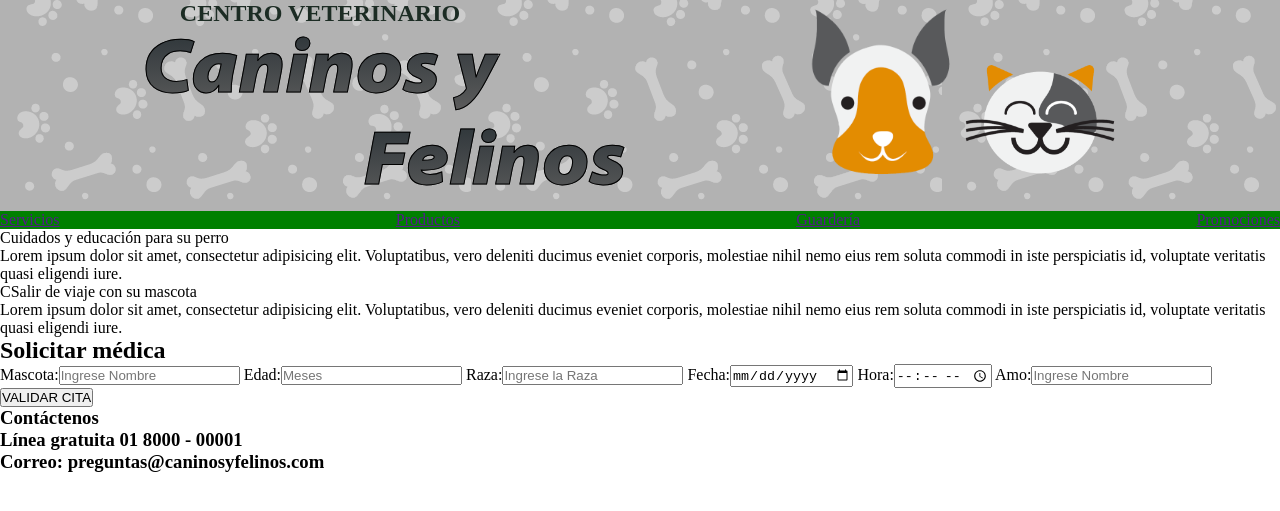
Repository: mariomr87/senaweb01
Page: principal.html
The author's editor kept a copy of each file at every save. The page is drawn from the files as they stood at one save, then again after the next save.
The browser window is 1280 px wide. The pictures show the whole page.

Above is the page before, as saved 2021-10-23 07:57:52.

### principal.html
<!DOCTYPE html>
<html lang="en">
<head>
    <meta charset="UTF-8">
    <meta http-equiv="X-UA-Compatible" content="IE=edge">
    <meta name="viewport" content="width=device-width, initial-scale=1.0">
    <link rel="stylesheet" href="estilos.css">
    <title>Document</title>
</head>
<body>
    <div>
        <header>
            <div id="cabecera">
                <div class="header-text">
                    <h3>CENTRO VETERINARIO</h3>
                    <h1><span id="header-text-degrad">Caninos y <br><span id="text-felinos">Felinos</span></spa></h1>
                </div>
                <div class="header-img">
                    <img src="./imagenes/dog_white.png" alt="">
                    <img src="./imagenes/cat_white.png" alt="">
                </div>
            </div>
        </header>
        <nav>
            <td>
                <tr><a href="">Servicios</a></tr>
                <tr><a href="">Productos</a></tr>
                <tr><a href="">Guardería</a></tr>
                <tr><a href="">Promociones</a></tr>
            </td>
        </nav>
        <section>
            <article>
                <p>Cuidados y educación para su perro</p>
                <p>Lorem ipsum dolor sit amet, consectetur adipisicing elit. Voluptatibus, vero deleniti ducimus eveniet corporis, molestiae nihil nemo eius rem soluta commodi in iste perspiciatis id, voluptate veritatis quasi eligendi iure.</p>
            </article>
            <article>
                <p>CSalir de viaje con su mascota</p>
                <p>Lorem ipsum dolor sit amet, consectetur adipisicing elit. Voluptatibus, vero deleniti ducimus eveniet corporis, molestiae nihil nemo eius rem soluta commodi in iste perspiciatis id, voluptate veritatis quasi eligendi iure.</p>
            </article>
        </section>
        <aside>
            <form action="">
                <div><h2>Solicitar médica</h2></div>
                <div>
                    <label for="mascota_name">Mascota:</label><input type="text" placeholder="Ingrese Nombre" id="">
                    <label for="age_pet">Edad:</label><input type="number" name="" id="" placeholder="Meses">
                    <label for="raza_pet">Raza:</label><input type="text" name="" id="" placeholder="Ingrese la Raza">
                    <label for="fecha_ingreso_pet">Fecha:</label><input type="date" name="" id="">
                    <label for="hora_ingreso_pet">Hora:</label><input type="time" name="" id="">
                    <label for="amo_pet">Amo:</label><input type="text" name="" id="" placeholder="Ingrese Nombre">
                    <button type="submit">VALIDAR CITA</button>
                </div>
            </form>
        </aside>
        <footer>
            <h3>Contáctenos</h3>
            <h3>Línea gratuita 01 8000 - 00001</h3>
            <h3>Correo: preguntas@caninosyfelinos.com</h3>
        </footer>
    </div>
</body>
</html>

### estilos.css
*{
    margin: 0px;
    padding: 0px;
}

@font-face {
    font-family: Myriad_Pro ;
    src: url(./extra/MyriadProBlackSemiExtendedItalic.otf);
}

h1{
    font-family: Myriad_pro;
}
header div img{
    width: 10em;
}

header{

}

#cabecera{
    background-image: url("./imagenes/fondo.png");
    background-repeat: initial;
    width: 100%;
    display: flex;
    text-align: center;


}

.header-text,.header-img{
    width:50%;
}

.header-text h3{
    font-size: 1.5em;
    color:#1c2c24;
}

.header-text h1{
    font-size: 4.8em;
}

#header-text-degrad{
    background: linear-gradient(#30373b,#5c5c5c);
    -webkit-background-clip: text;
    -webkit-text-fill-color: transparent;
    -webkit-text-stroke: 1px black;
}

#text-felinos{
    margin-left: 350px;
}

nav{
    display: flex;
    flex-direction: row;
    justify-content: space-between;
    background: green;
}

After the next save:
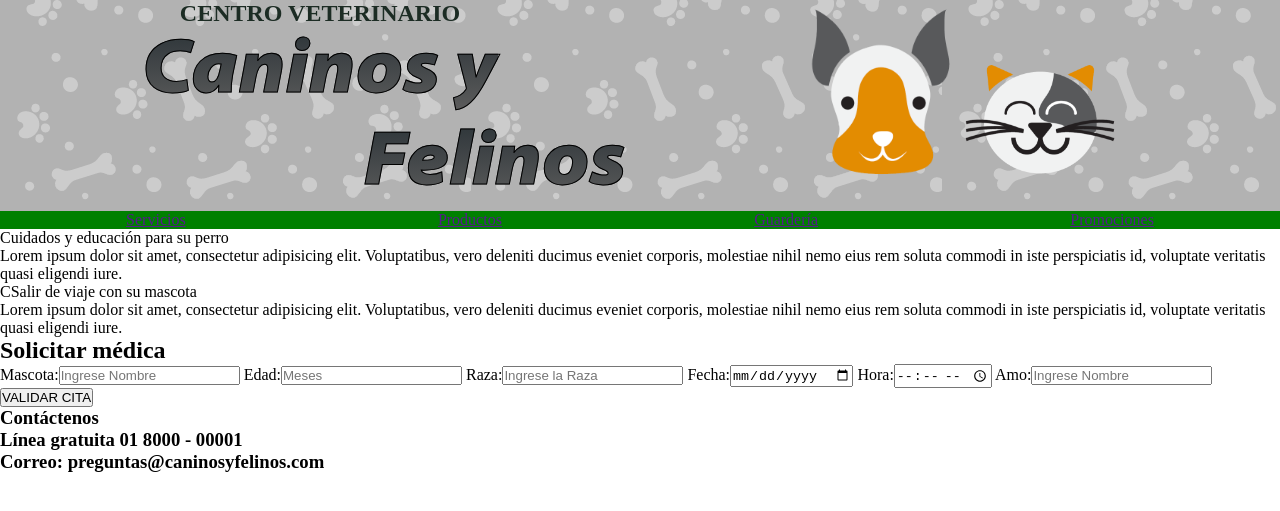
Saved 13 s later.
--- a/estilos.css
+++ b/estilos.css
@@ -56,6 +56,6 @@ header{
 nav{
     display: flex;
     flex-direction: row;
-    justify-content: space-between;
+    justify-content: space-around;
     background: green;
 }
